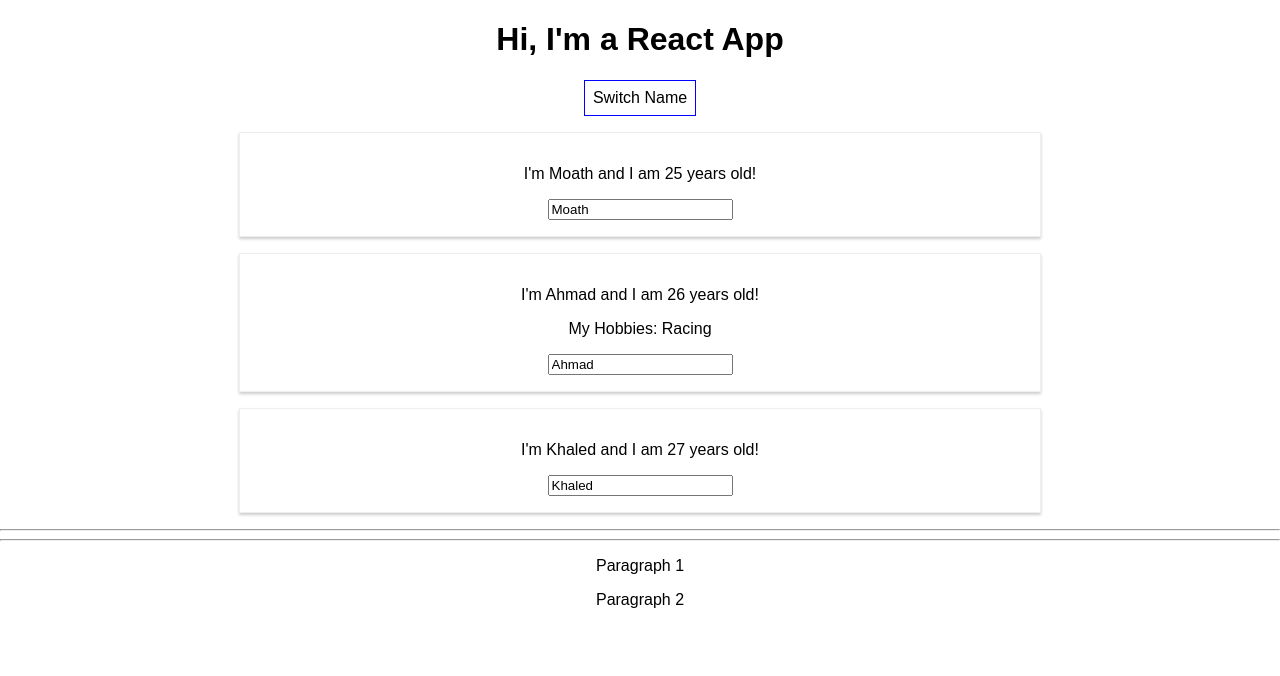
Repository: MuathYHKefayah/React-Basics
Page: /
The author's editor kept a copy of each file at every save. The page is drawn from the files as they stood at one save, then again after the next save.
The browser window is 1280 px wide. The pictures show the whole page.
The project was rebuilt for these pictures with package versions that can differ from the ones it lists, and the page was loaded fresh each time.

Above is the page before, as saved 2020-12-12 08:48:08.

### src/App.js
import React, { Component } from 'react';
import './App.css';
import Person from './Person/Person';
import UserInput from './UserInput/UserInput';
import UserOutput from './UserOutput/UserOutput';

class App extends Component {
  state = {
     persons: [
       { name:'Moath', age: 25},
       { name:'Ahmad', age: 26},
       { name:'Khaled', age: 27},
     ]
  }

  switchNameHandler  = (newName, newAge) => {
    //Don't Do This: this.state.persons[0].name = "Max";
    this.setState({
      persons: [
        { name:newName, age: 25},
        { name:'Ahmad', age: 26},
        { name:'Khaled', age: newAge},
      ]
    })
  }

  nameChangedHandler = (event) => {
    this.setState({
      persons: [
        { name:'Moath', age: 25},
        { name: event.target.value, age: 26},
        { name:'Khaled', age: 27},
      ]
    })
  }

  render() {
    const style = {
      backgroundColor: 'white',
      font: 'inherit',
      border: '1px solid blue',
      padding: '8px',
      cursor: 'pointer'
    };

    return (
      // jsx \\ write html code in js file
      <div className="App">
        <h1>Hi, I'm a React App</h1>
        <button
          style={style}
          onClick={() => this.switchNameHandler('Moath!!', 30)}>Switch Name</button>
        <Person name={this.state.persons[0].name} age={this.state.persons[0].age}/>
        <Person
          name={this.state.persons[1].name}
          age={this.state.persons[1].age}
          click={this.switchNameHandler.bind(this, 'Moath!', 40)}
          changed={this.nameChangedHandler}
          >My Hobbies: Racing</Person>
        <Person name={this.state.persons[2].name} age={this.state.persons[2].age}/>
        <hr/>
        <hr/>
        {/* <UserInput /> */}
        <UserOutput />
      </div>
    );
    //return React.createElement('div', {className: 'App'} , React.createElement('h1', null , 'Hi, I\'m a React App !!!' ))
  }
}

export default App;

### src/Person/Person.js
import React from 'react';
import './Person.css';

const person = (props) => {
    return (
        <div className="Person">
            <p onClick={props.click}>I'm {props.name} and I am {props.age} years old!</p>
            <p>{props.children}</p>
            <input type="text" onChange={props.changed} value={props.name}/>
        </div>
    )
};

export default person;

### src/UserOutput/UserOutput.js
import { Component } from 'react';

class UserOutput extends Component {
    render(){
        return(
            <div className="UserOutput">
                <p>Paragraph 1</p>
                <p>Paragraph 2</p>
            </div>
        );
    }
}

export default UserOutput;

### src/UserInput/UserInput.js
import { Component } from 'react';


class UserInput extends Component{
    render(){
        return(
            <div className="UserInput">
                <input type="text"/>
            </div>

        );
    }
}

export default UserInput;

Loaded but not shown: public/index.html (common file); src/index.js (common file); src/index.css (common file); src/registerServiceWorker.js (common file); src/App.css (common file); src/Person/Person.css (common file)

After the next save:
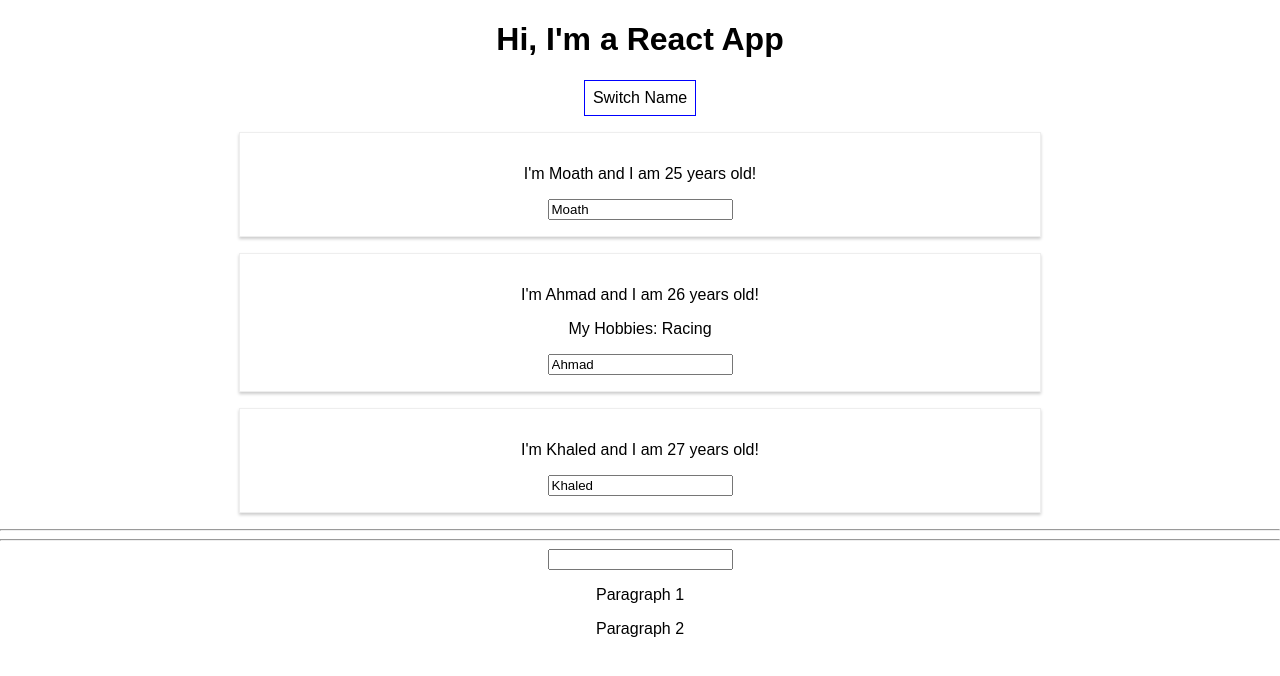
Saved 4 s later.
--- a/src/App.js
+++ b/src/App.js
@@ -60,7 +60,7 @@ class App extends Component {
         <Person name={this.state.persons[2].name} age={this.state.persons[2].age}/>
         <hr/>
         <hr/>
-        {/* <UserInput /> */}
+        <UserInput />
         <UserOutput />
       </div>
     );
